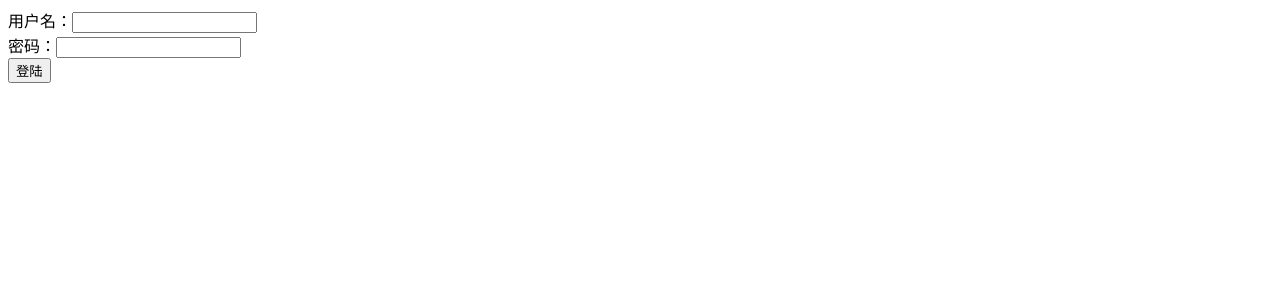
Repository: vagrantgrapefruit/JAVA
Page: http://localhost/MeetRoomManage/Login.jsp
These files come from the project's save history. The page is drawn as it stood at one moment and after the next save; the edit follows.
The browser window is 1280 px wide. The pictures show the whole page.
The page is served by Tomcat 9. Other server files are loaded and not shown.

Above is the page before, as saved 2017-12-27 15:57:54.

### MeetRoomManage/WebRoot/Login.jsp
<%@ page language="java" import="java.util.*" pageEncoding="UTF-8"%>
<%
String path = request.getContextPath();
String basePath = request.getScheme()+"://"+request.getServerName()+":"+request.getServerPort()+path+"/";

%>

<!DOCTYPE HTML PUBLIC "-//W3C//DTD HTML 4.01 Transitional//EN">
<html>
  <head>
    <base href="<%=basePath%>">

    <title>My JSP 'Login.jsp' starting page</title>

	<meta http-equiv="pragma" content="no-cache">
	<meta http-equiv="cache-control" content="no-cache">
	<meta http-equiv="expires" content="0">
	<meta http-equiv="keywords" content="keyword1,keyword2,keyword3">
	<meta http-equiv="description" content="This is my page">
	<script type="text/javascript" src="src/jquery-3.2.1.min.js"></script>
	<!--
	<link rel="stylesheet" type="text/css" href="styles.css">
	-->
  </head>
  <body>
	  <form action="Login.jsp">
	    <div >
	    	用户名：<input type="text" id="UserName" /><br/>
	    </div>
	    <div >
	    	密码：<input type="password" id="PassWord" /><br/>
	    </div>
	    <input type="submit" value="登陆">
	  </form>
  </body>
</html>

Loaded but not shown: MeetRoomManage/src/jquery-3.2.1.min.js (library)

After the next save:
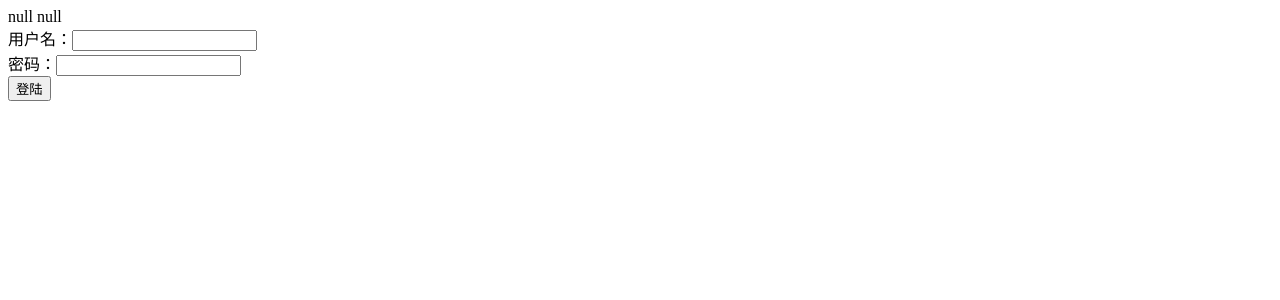
Saved 4 min 40 s later.
--- a/MeetRoomManage/WebRoot/Login.jsp
+++ b/MeetRoomManage/WebRoot/Login.jsp
@@ -2,7 +2,10 @@
 <%
 String path = request.getContextPath();
 String basePath = request.getScheme()+"://"+request.getServerName()+":"+request.getServerPort()+path+"/";
-
+String userName = request.getParameter("UserName");
+String passWord = request.getParameter("PassWord");
+out.println(userName);
+out.println(passWord);
 %>
 
 <!DOCTYPE HTML PUBLIC "-//W3C//DTD HTML 4.01 Transitional//EN">
